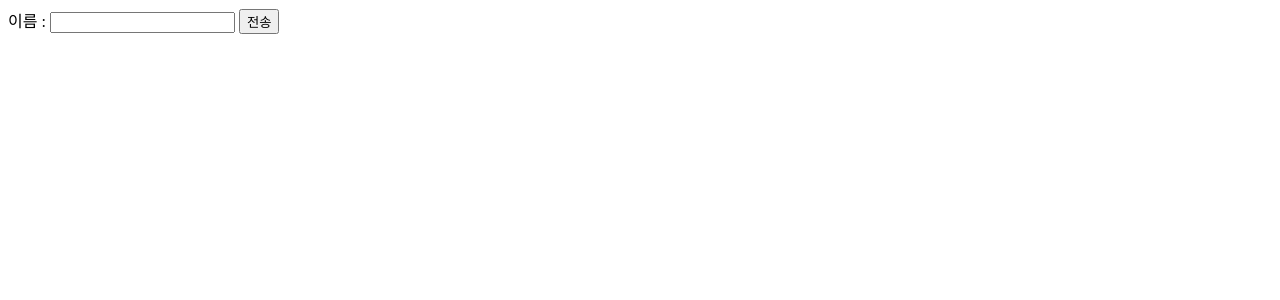
Repository: JungInBaek/Servlet-JSP
Page: edu/src/main/webapp/name.html
The author's editor kept a copy of each file at every save. The page is drawn from the files as they stood at one save, then again after the next save.
The browser window is 1280 px wide. The pictures show the whole page.

Above is the page before, as saved 2021-07-29 12:02:36.

After the next save:
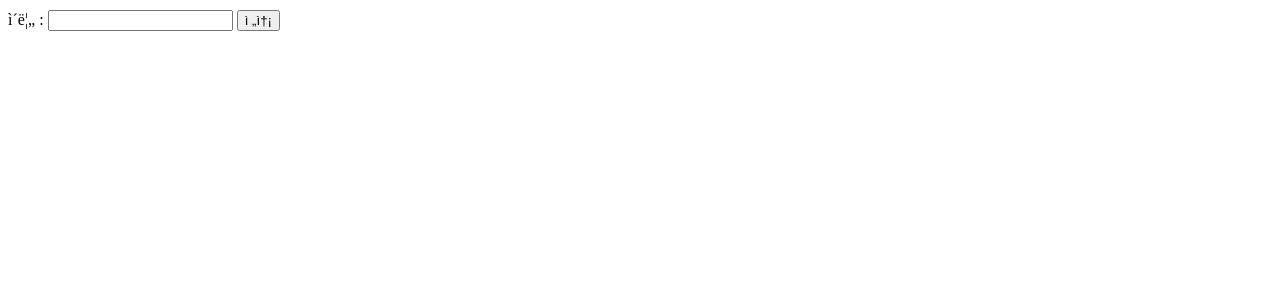
Saved 3 min 16 s later.
--- a/edu/src/main/webapp/name.html
+++ b/edu/src/main/webapp/name.html
@@ -1,7 +1,7 @@
 <!DOCTYPE html>
 <html>
 <head>
-<meta charset="UTF-8">
+<!-- <meta charset="UTF-8"> -->
 <title>이름 입력</title>
 </head>
 <body>

After the save that followed:
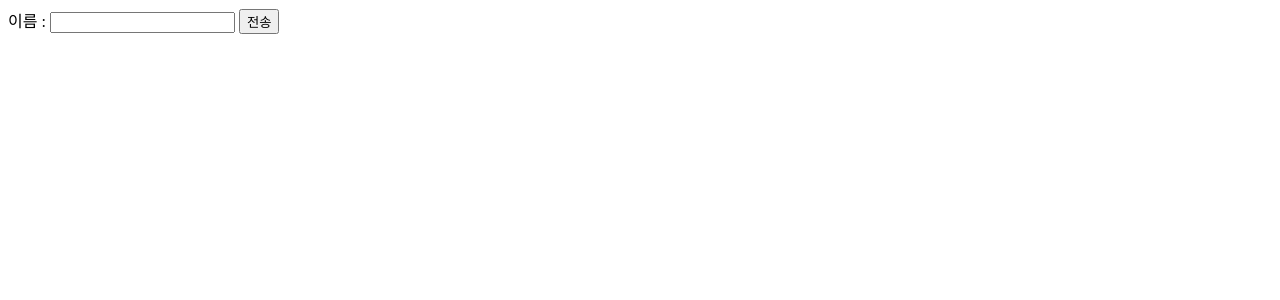
Saved 36 s later.
--- a/edu/src/main/webapp/name.html
+++ b/edu/src/main/webapp/name.html
@@ -1,7 +1,7 @@
 <!DOCTYPE html>
 <html>
 <head>
-<!-- <meta charset="UTF-8"> -->
+<meta charset="UTF-8">
 <title>이름 입력</title>
 </head>
 <body>
